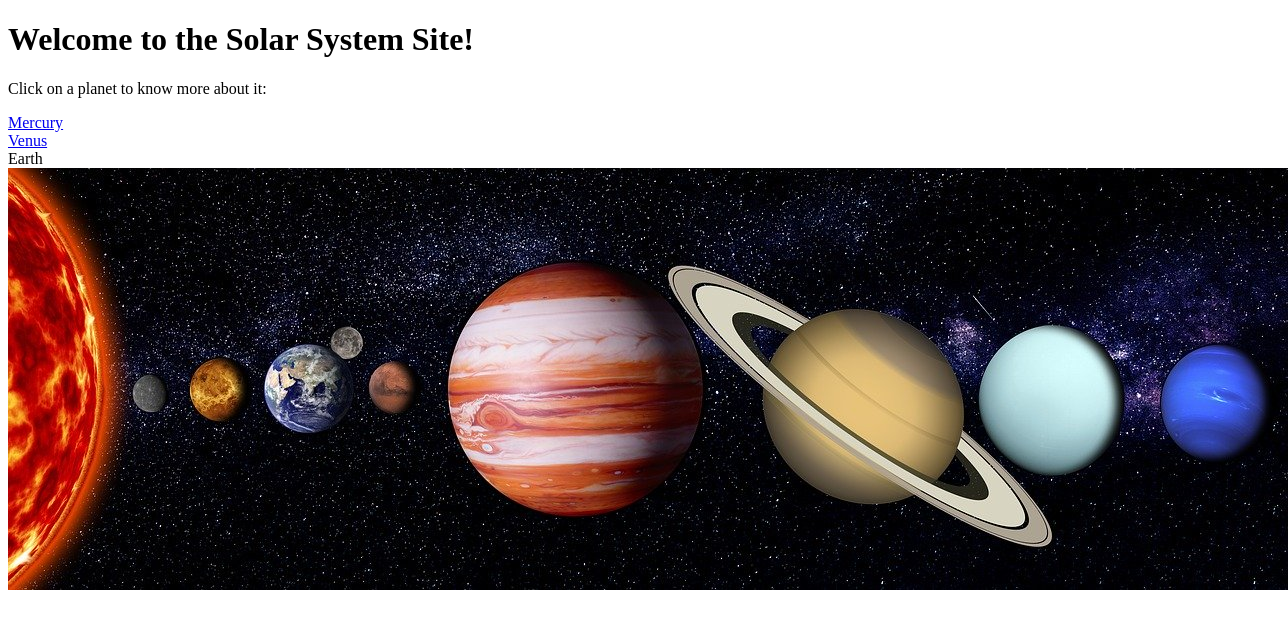
Repository: redbeard-sys/expressLab
Page: views/index.html
The author's editor kept a record of every edit. The page is drawn from the files as they stood at one moment, then again after the next edit.
The browser window is 1280 px wide. The page is 1288 px wide, then 1280 px, then 1288 px, so the pictures cover 1288 px, including what lies to the right of the window. The pictures show the whole page.

Above is the page before.

After the next edit:
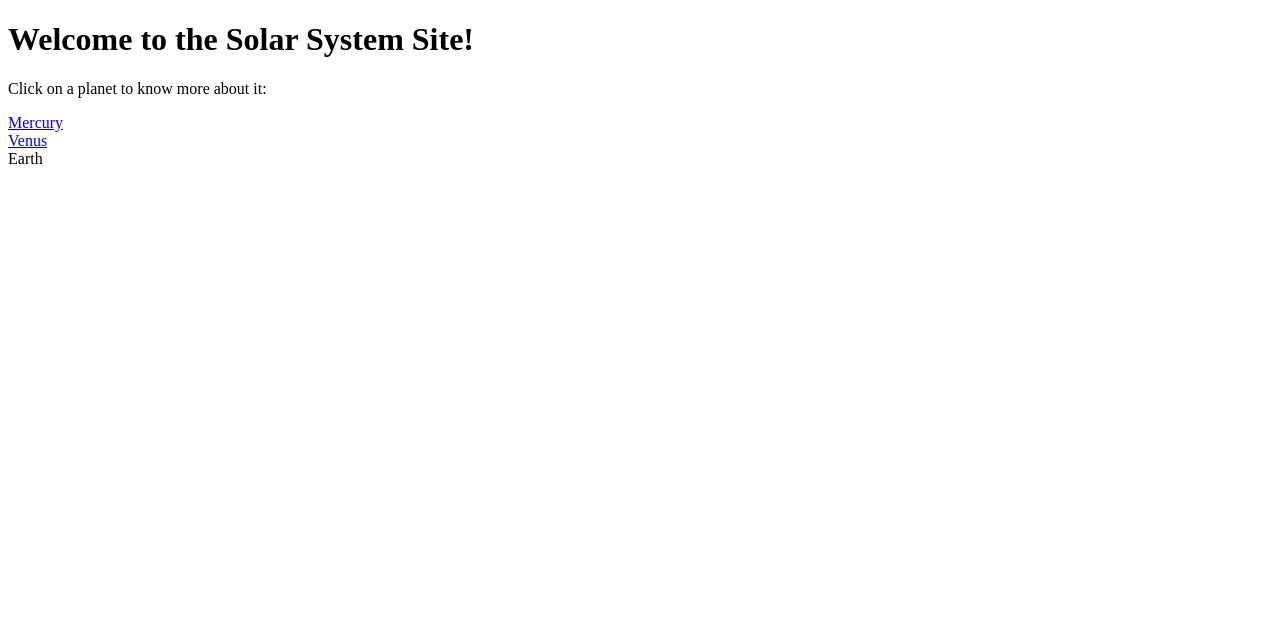
The edit:
--- a/views/index.html
+++ b/views/index.html
@@ -10,6 +10,5 @@
             <a href="/mercury"> Mercury </a> <br>
             <a href="/venus"> Venus </a> <br>
             Earth <br>
-            <img src="/img/solar_system.jpg" alt="The Solar System"/>
     </body>
 </html>

After the 2 edits that followed:
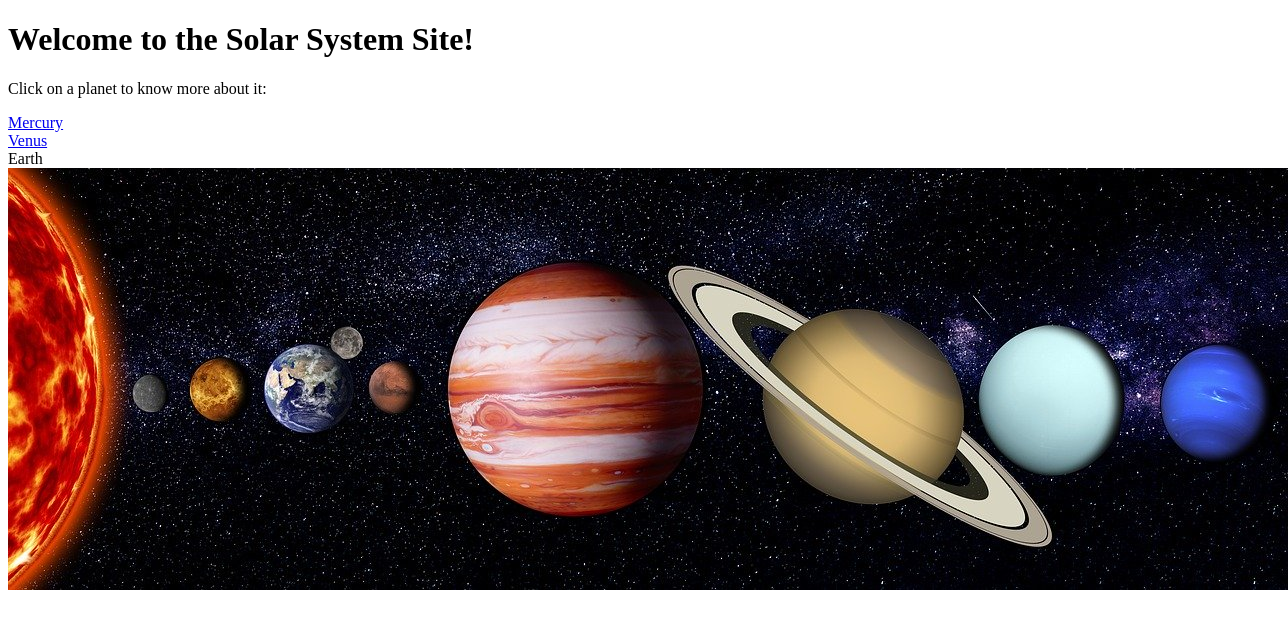
The 2 edits are shown as one change because 1 left the picture as it was.
The edit:
--- a/views/index.html
+++ b/views/index.html
@@ -10,5 +10,7 @@
             <a href="/mercury"> Mercury </a> <br>
             <a href="/venus"> Venus </a> <br>
             Earth <br>
+            <img src="/img/solar_system.jpg" alt="The Solar System"></img>
+
     </body>
 </html>
